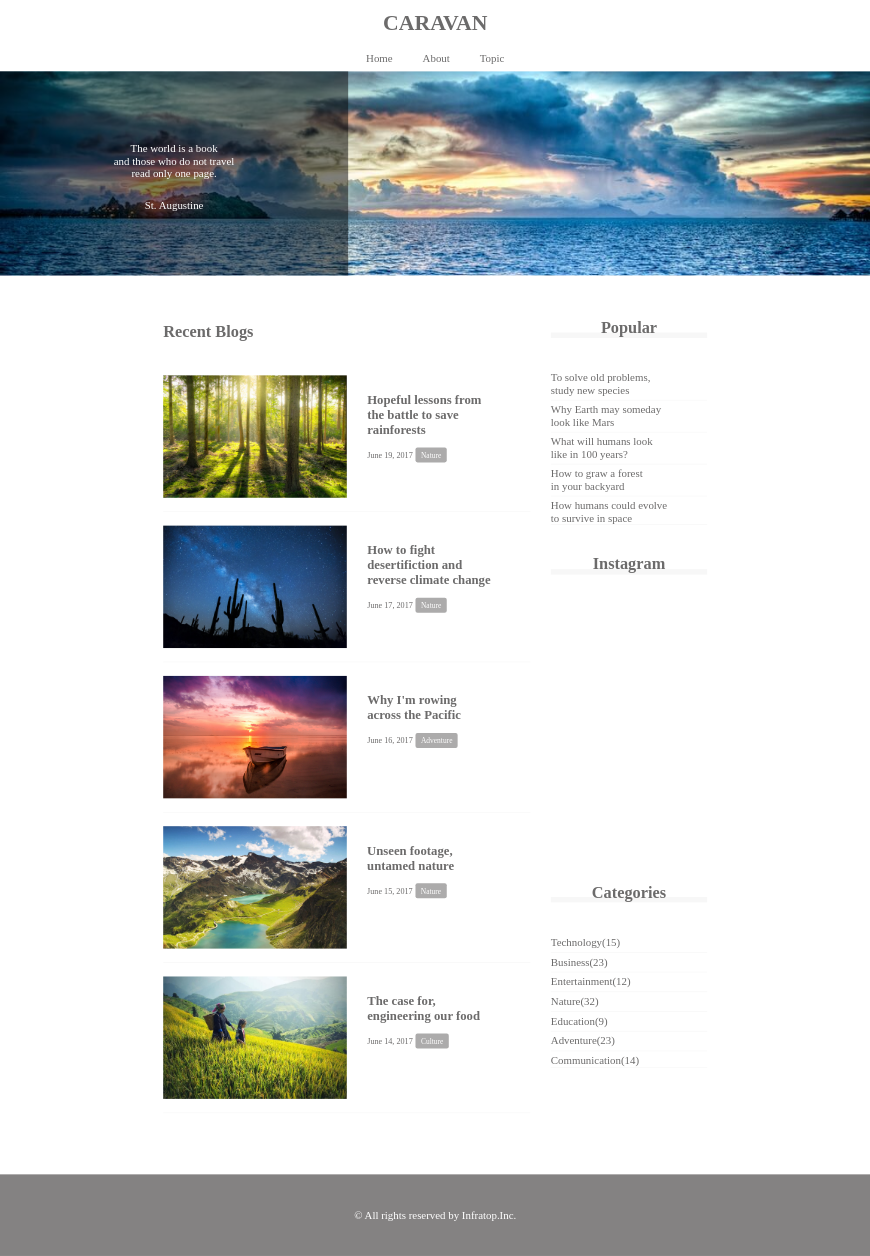
Repository: Yuya0829/HTML
Page: caravan/caravan3/index.html
The author's editor kept a record of every edit. The page is drawn from the files as they stood at one moment, then again after the next edit.
The browser window is 1280 px wide. The pictures show the whole page, at 68% of full size.

Above is the page before.

### caravan/caravan3/index.html
<!DOCTYPE html>
<html lang="ja">
  <head>
    <meta charset="UTF-8" />
    <link rel="stylesheet" href="style.css" />
    <title>CARAVAN</title>
  </head>

  <body>
    <!-- header -->
    <header>
      <h1 class="heading">
        <a href="index.html">
          CARAVAN
        </a>
      </h1>
    </header>

    <!-- navigation -->
    <nav>
      <ul class="nav-list">
        <li class="nav-list-item">
          <a href="index.html">Home</a>
        </li>
        <li class="nav-list-item">About</li>
        <li class="nav-list-item">Topic</li>
      </ul>
    </nav>

    <!-- main-visual -->
    <div class="main-visual">
      <div class="main-visual-content">
        <p class="main-visual-text">
          The world is a book<br />
          and those who do not travel<br />
          read only one page.
        </p>
        <p class="main-visual-name">
          St. Augustine
        </p>
      </div>
    </div>

    <!-- main -->
    <main>
      <section class="blog">
        <h2 class="blog-heading">Recent Blogs</h2>
        <div class="blog-box">
          <div class="blog-item">
            <img class="blog-image" src="img/forest.jpg" />
            <section class="blog-text">
              <h3 class="blog-text-heading">
               <a href="single.html">
                Hopeful lessons from<br>
                the battle to save<br>
                rainforests
              </a>
            </h3>
            <p class="blog-date">June 19, 2017</p>
            <span class="category">Nature</span>
          </section>
        </div>
          <div class="blog-item">
            <img class="blog-image" src="img/desert.jpg" />
            <section class="blog-text">
              <h3 class="blog-text-heading">
               <a href="single.html">
                How to fight<br />
                desertifiction and<br />
                reverse climate change
              </a>
            </h3>
            <p class="blog-date">June 17, 2017</p>
            <span class="category">Nature</span>
          </section>
        </div>
        <div class="blog-item">
            <img class="blog-image" src="img/sunset.jpg" />
            <section class="blog-text">
              <h3 class="blog-text-heading">
               <a href="single.html">
                Why I'm rowing<br />
                across the Pacific
              </a>
            </h3>
            <p class="blog-date">June 16, 2017</p>
            <span class="category">Adventure</span>
          </section>
        </div>
        <div class="blog-item">
            <img class="blog-image" src="img/italy.jpg" />
            <section class="blog-text">
              <h3 class="blog-text-heading">
               <a href="single.html">
                Unseen footage,<br />
                untamed nature
              </a>
            </h3>
            <p class="blog-date">June 15, 2017</p>
            <span class="category">Nature</span>
          </section>
        </div>
        <div class="blog-item">
            <img class="blog-image" src="img/asia.jpg" />
            <section class="blog-text">
              <h3 class="blog-text-heading">
               <a href="single.html">
                The case for,<br />
                engineering our food
              </a>
            </h3>
            <p class="blog-date">June 14, 2017</p>
            <span class="category">Culture</span>
          </section>
        </div>
      </div>
      </section>

      <div class="sidebar">
        <section class="popular">
          <h2 class="popular-heading common-heading">Popular</h2>
          <div class="sidebar-contents">
            <p class="popular-text">To solve old problems,<br>study new species</p>
            <p class="popular-text">Why Earth may someday<br>look like Mars</p>
            <p class="popular-text">What will humans look<br>like in 100 years?</p>
            <p class="popular-text">How to graw a forest<br>in your backyard</p>
            <p class="popular-text">How humans could evolve<br>to survive in space</p>
          </div>
        </section>
        <section class="instagram">
          <h2 class="instagram-heading common-heading">Instagram</h2>
          <div class="sidebar-contents">
            <div class="instagram-box"></div>
            <div class="instagram-box"></div>
            <div class="instagram-box"></div>
            <div class="instagram-box"></div>
            <div class="instagram-box"></div>
            <div class="instagram-box"></div>
          </div>
        </section>
        <section class="categorise">
          <h2 class="categorise-heading common-heading">Categories</h2>
          <div class="sidebar-contents">
            <p class="categorise-text">Technology(15)</p>
            <p class="categorise-text">Business(23)</p>
            <p class="categorise-text">Entertainment(12)</p>
            <p class="categorise-text">Nature(32)</p>
            <p class="categorise-text">Education(9)</p>
            <p class="categorise-text">Adventure(23)</p>
            <p class="categorise-text">Communication(14)</p>
          </div>
        </section>
      </div>
    </main>

    <!-- footer -->
    <footer>
      <p class="footer-text">© All rights reserved by Infratop.Inc.</p>
    </footer>

  </body>
</html

### caravan/caravan3/style.css
* {
  margin: 0;
  padding: 0;
  box-sizing: border-box;
  color: #6c6b6b;
}

a {
  text-decoration: none;
}

header {
  width: 90%;
  padding: 15px 0;
  margin: 0 auto;
  text-align: center
}

header .heading {
  font-size: 32px;
}

.nav-list {
  text-align: center;
  padding: 10px 0;
  margin: 0 auto;
}

.nav-list-item {
  list-style: none;
  display: inline-block;
  margin: 0 20px;
}

.main-visual {
  width: 100%;
  height: 300px;
  background-image: url(img/mv.jpg);
  background-size: cover;
  background-position: center;
}

.main-visual-content {
  width: 40%;
  height: 300px;
  background-color: rgba(0,0,0,0.5);
  text-align: center;
  padding-top: 105px;
}

.main-visual-text {
  color: #fff;
}

.main-visual-name {
  margin-top: 30px;
  color: #fff;
}
main {
  width: 800px;
  display: flex;
  justify-content: center;
  margin: 0 auto;
  padding: 70px 0;
}

.blog {
  width: 540px;
  margin-right: 30px;
}

.blog-heeading {
  border-bottom: 8px solid #f7f7f7;
  text-align: center;
  line-height: 0.6;
}

.blog-box {
  padding-top: 50px;
}


.blog-item {
  padding-bottom: 20px;
  margin-bottom: 20px;
  border-bottom: 1px solid #f7f7f7;
  display: flex;
  justify-content: flex-start;
}

.blog-image {
  height: 180px;
}

.blog-text {
  padding: 25px 0 0 30px;
}

.blog-text-heading {
  padding-bottom: 15px;
}

.blog-date {
  font-size: 12px;
  display: inline-block;
}

.category {
  display: inline-block;
  padding: 5px 8px;
  background-color: #acabab;
  border-radius: 3px;
  color: #fff;
  font-size: 11px;
}

.sidebar {
  width: 230px;
}

.common-heading {
  border-bottom: 8px solid #f7f7f7;
  text-align: center;
  line-height: 0.6;
}

.sidebar-contents {
  padding: 50px 0;
}

.popular-text,
.categorise-text {
  padding-bottom: 5px;
  border-bottom: 1px solid #f7f7f7;
  margin-bottom: 5px;
}

.popular-text:last-child,
.categorise-text:last-child {
  margin: 0;
  padding: 0;
  border; none;
}

.instagram .sidebar-contents {
  display: flex;
  flex-wrap: wrap;
}

.instagram-box {
  width: 110px;
  padding-top: 110px;
  background-size: cover;
  background-position: center;
  margin-bottom: 10px;
}

footer {
  width: 100%;
  height: 120px;
  text-align: center;
  line-height: 120px;
  background-color: #848282;
}

.footer-text {
  color: #fff;
}

After the next edit:
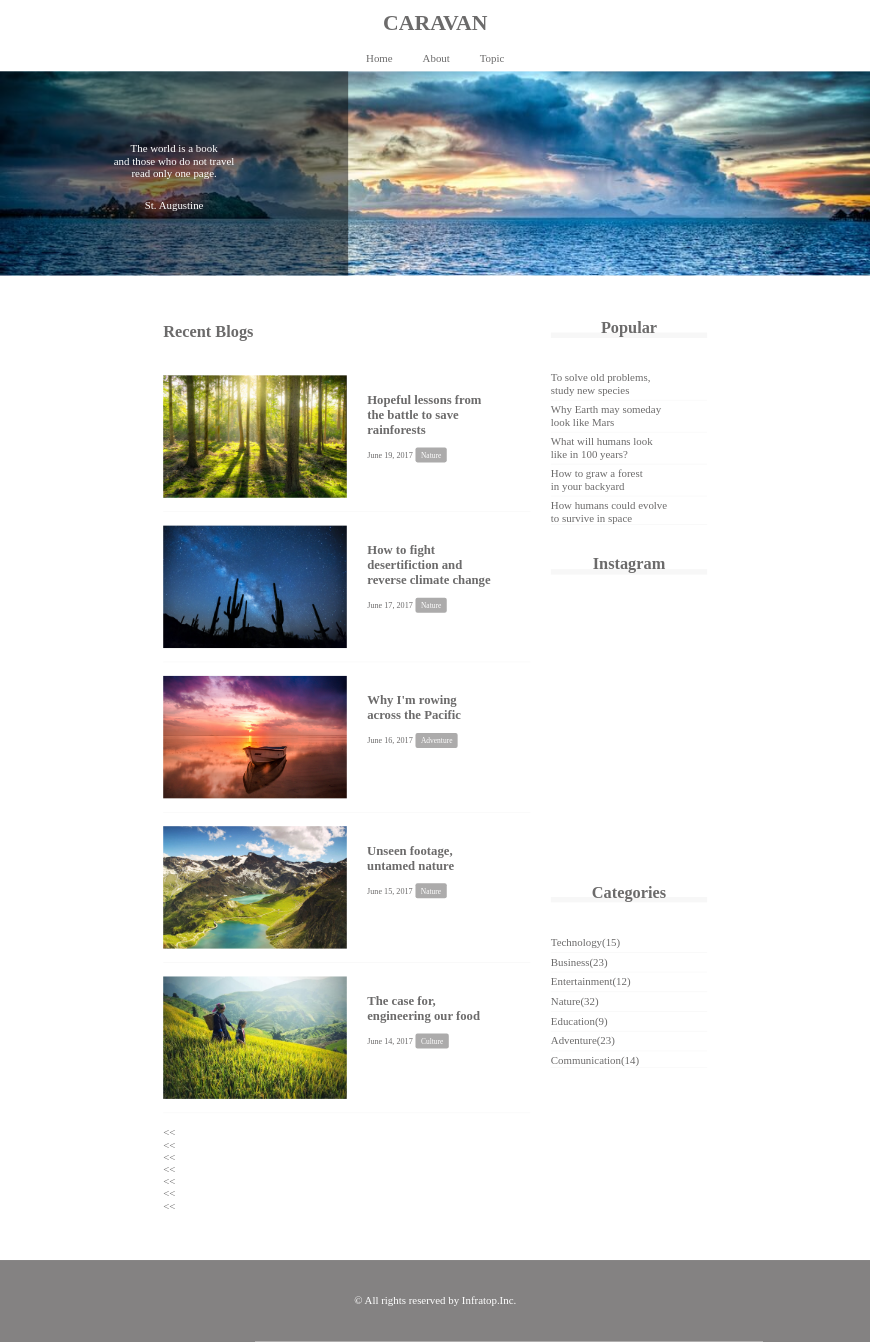
The edit:
--- a/caravan/caravan3/index.html
+++ b/caravan/caravan3/index.html
@@ -114,6 +114,16 @@
           </section>
         </div>
       </div>
+      <div class="pagination">
+        <p><<</p>
+        <p><<</p>
+        <p><<</p>
+        <p><<</p>
+        <p><<</p>
+        <p><<</p>
+        <p><<</p>
+
+      </div>
       </section>
 
       <div class="sidebar">
